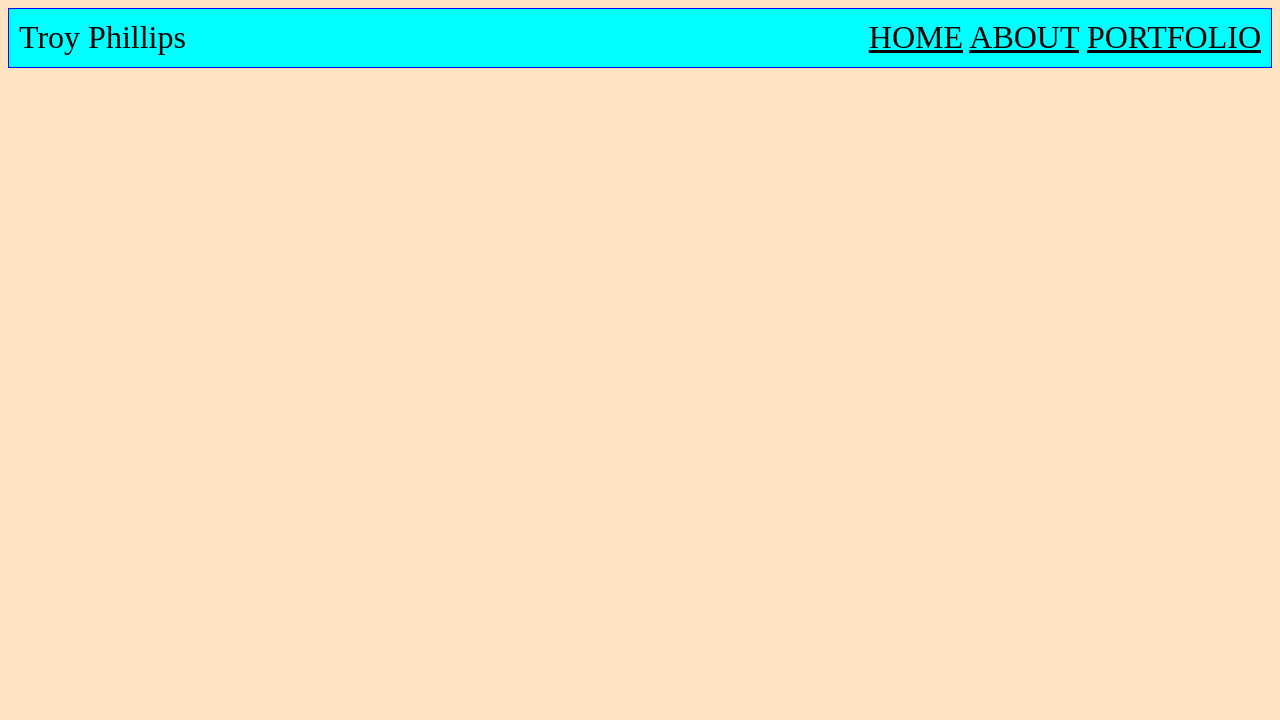
Repository: TheTroyPhillips/Personal-website
Page: about.html
These files come from the project's save history. The page is drawn as it stood at one moment and after the next save; the edit follows.
The browser window is 1280 px wide. The pictures show the whole page.

Above is the page before, as saved 2023-09-10 22:17:29.

### about.html
<!DOCTYPE html>
<html lang="en">
<head>
    <meta charset="UTF-8">
    <meta name="viewport" content="width=device-width, initial-scale=1.0">
    <title>Document</title>
    <link rel="stylesheet" href="style.css">
</head>
<body>
    <div class="parent">
        <div class="child">
            <span class="myname">Troy Phillips</span>
        <nav class="pages">
            <a class="active" href="/">HOME</a>
            <a href="/about.html">ABOUT</a>
            <a href="/portfolio.html">PORTFOLIO</a>
        </div>
</body>
</html>

### style.css
.child{
    width: 100%;
    height: 60px;
    border: 1px solid blue;
    display: inline-block;
    box-sizing: border-box;
    background-color: aqua;
    padding: 10px;
}
.myname{
    float: left;
    font-size: 2rem;
}
.pages{
    float: right;
    font-size: 2rem;
}
.pages a.active{
    color: inherit;
}
.pages a{
    color: inherit;
}
body{
    background-color: bisque;
}
main{
    text-align: center;
    margin-left: 5%;
    margin-right: 5%;
    font-size: 1.8rem;
}
p{
    text-align: center;
    font-size: 3rem;
    font-family: Verdana, Geneva, Tahoma, sans-serif;
    margin: 130px;
}

After the next save:
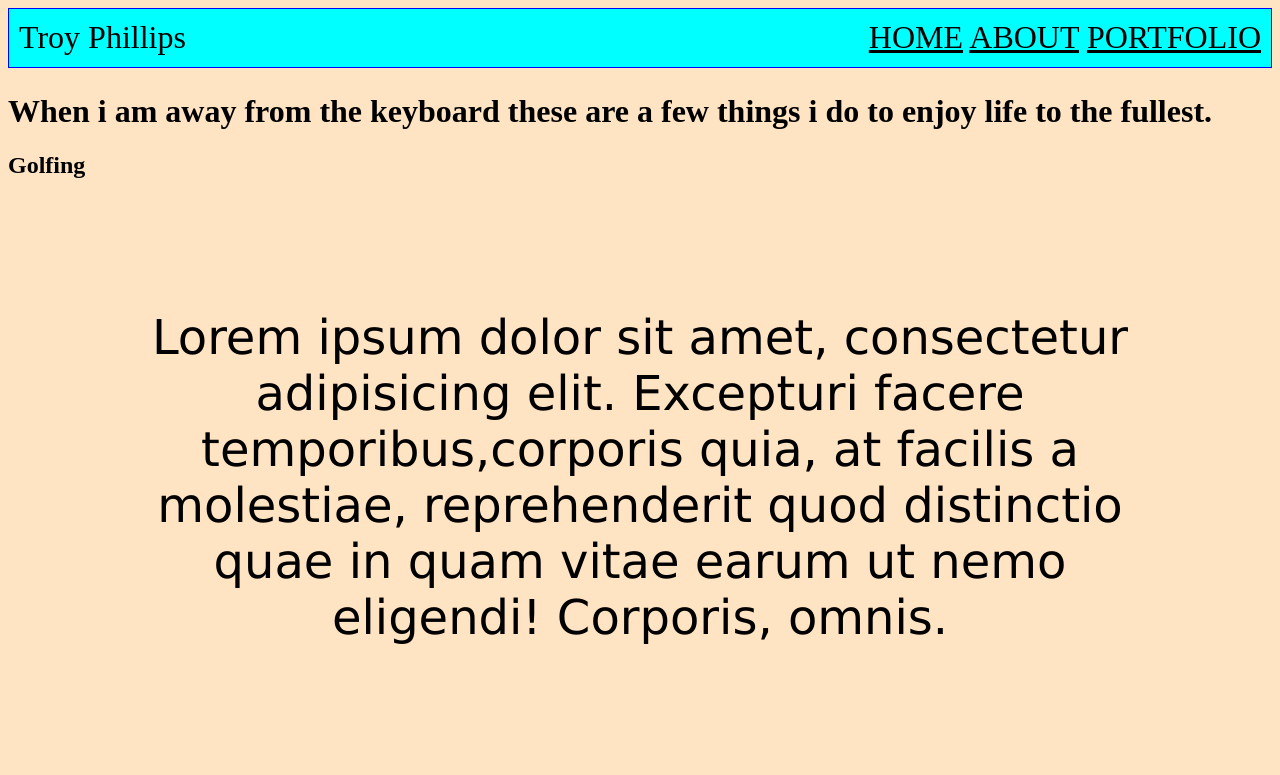
Saved 41 s later.
--- a/about.html
+++ b/about.html
@@ -15,5 +15,12 @@
             <a href="/about.html">ABOUT</a>
             <a href="/portfolio.html">PORTFOLIO</a>
         </div>
+        <h1 class="about">When i am away from the keyboard these are
+            a few things i do to enjoy life to the fullest.</h1>
+            <section>
+                <h2>Golfing</h2>
+                <p class="pa">Lorem ipsum dolor sit amet, consectetur adipisicing elit. Excepturi facere
+                     temporibus,corporis quia, at facilis a molestiae, reprehenderit quod
+                      distinctio quae in quam vitae earum ut nemo eligendi! Corporis, omnis.</p>
 </body>
 </html>
